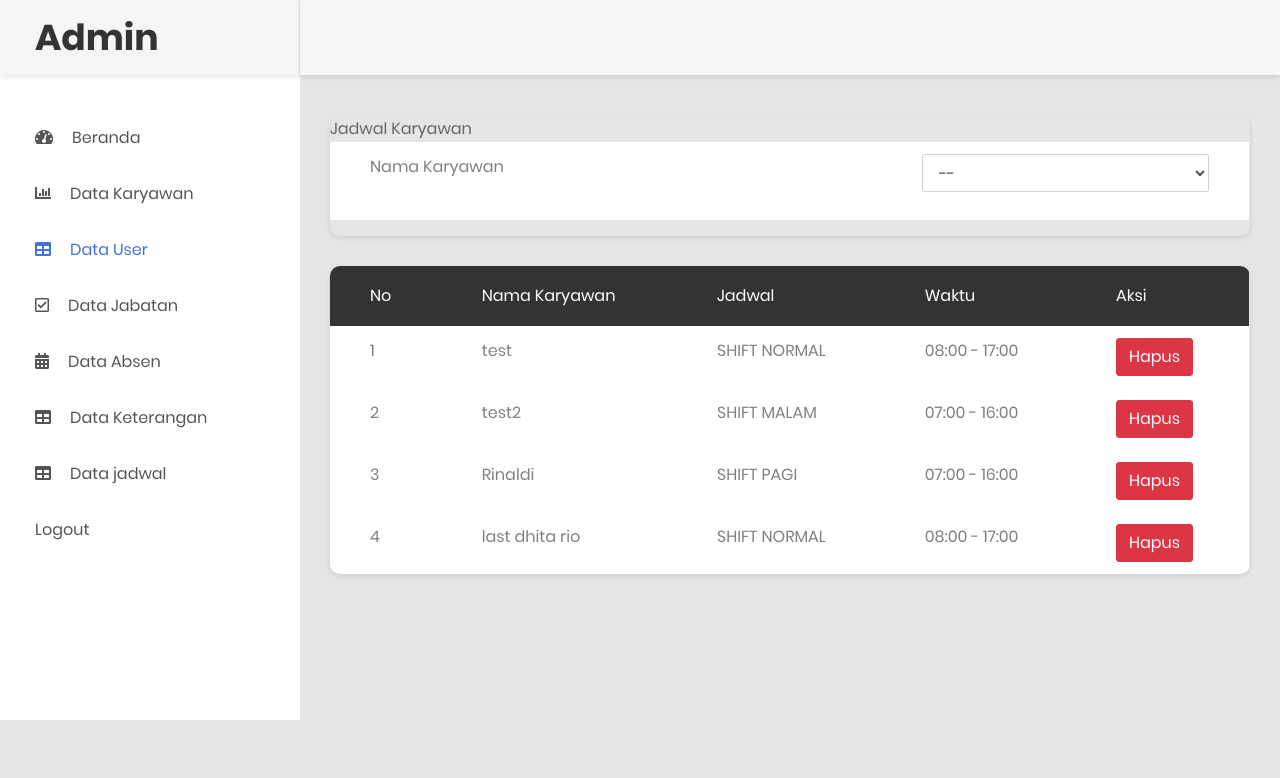
Repository: naldi23bob/Absen2
Page: http://localhost/datajadwal.php
The author's editor kept a copy of each file at every save. The page is drawn from the files as they stood at one save, then again after the next save.
The browser window is 1280 px wide. The pictures show the whole page.
The page is run by PHP 8.4 with error messages shown; the project is at /var/www/html/. The session is filled in as if someone had signed in: {"idsi": 2, "namasi": "admin", "ttlsi": 1, "jenkelsi": 1, "agamasi": 1, "alamatsi": 1, "teleponsi": 1, "jabatansi": 1, "schedulesi": 1, "fotosi": 1, "username": "admin"}. The database holds what the project's SQL file puts in it.

Above is the page before, as saved 2023-07-23 16:17:31.

After the next save:
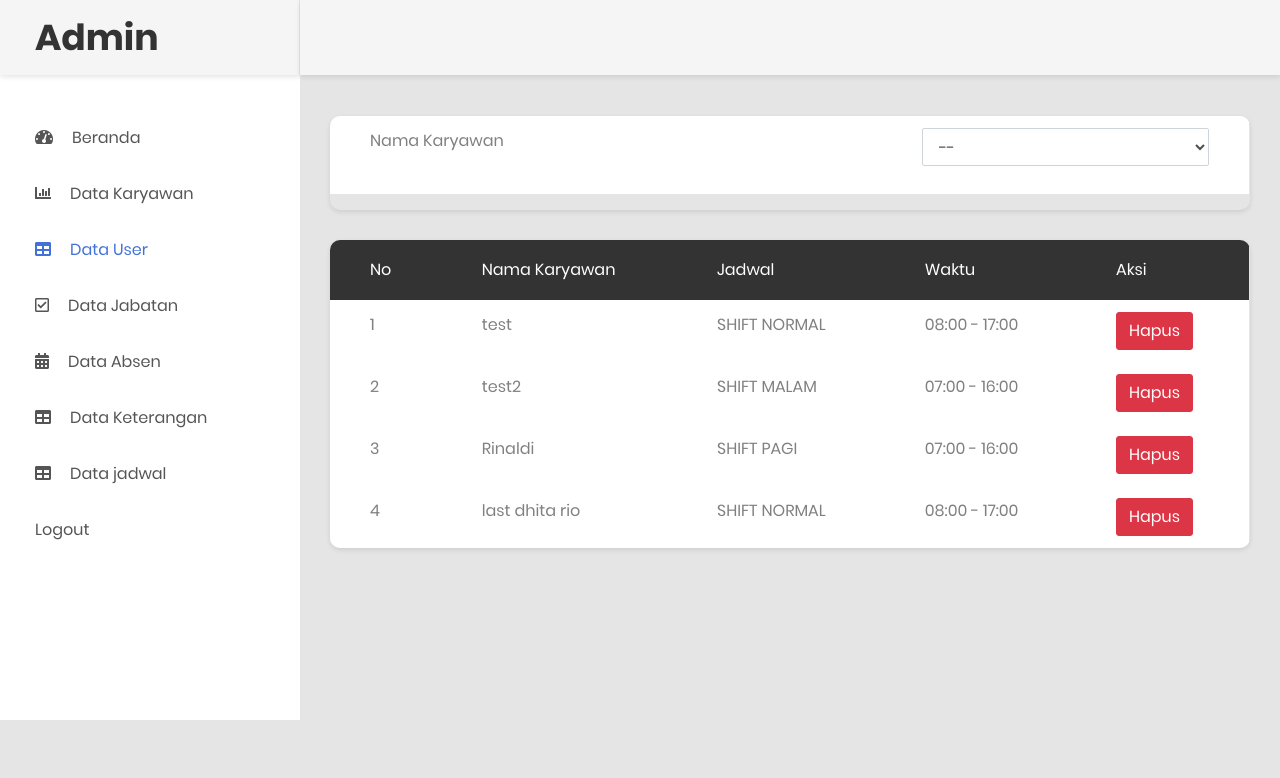
Saved 95 s later.
--- a/datajadwal.php
+++ b/datajadwal.php
@@ -193,9 +193,6 @@ error_reporting(0);
                             <form action="admin/admin_save.php" method="post">
                                 <div class="form-group">
                                 <table class="table table-borderless table-striped table-earning" >
-                                        Jadwal Karyawan
-                                        </td>
-                                        </td>
                                         <tbody>
                                         <td>Nama Karyawan</td>
                                                 <td>
